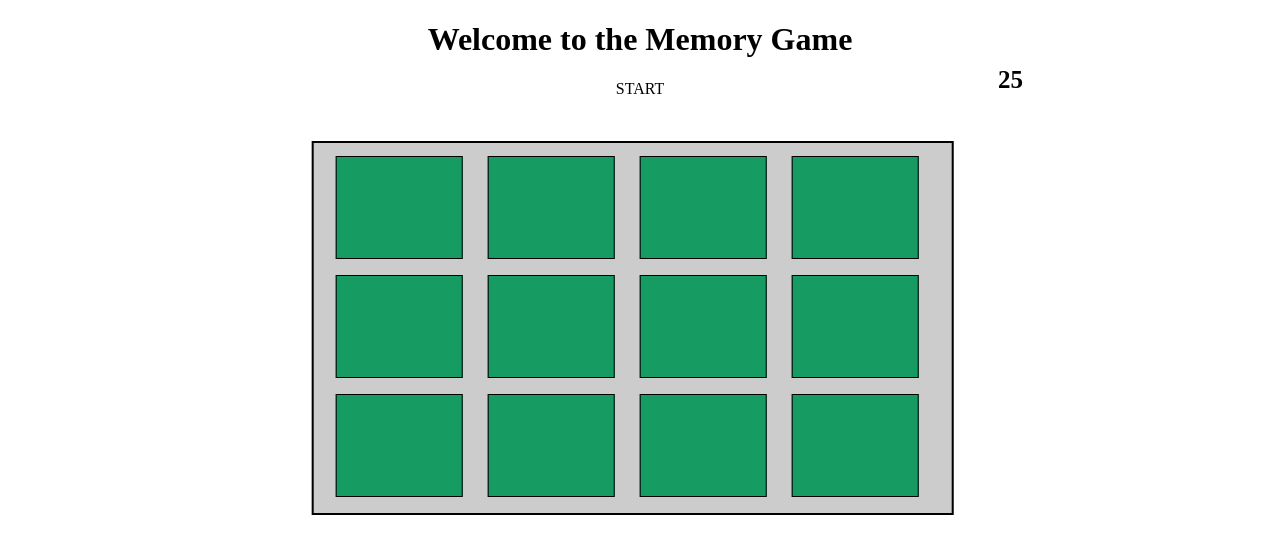
Repository: Code-Institute-Submissions/InteractiveMilestoneProject
Page: index.html
The author's editor kept a record of every edit. The page is drawn from the files as they stood at one moment, then again after the next edit.
The browser window is 1280 px wide. The pictures show the whole page.

Above is the page before.

### index.html
<!DOCTYPE html>
<html lang="en">

<head>
    <meta charset="utf-8">

    <meta name="viewport" content="width=device-width, height=device-height, user-scalable=no">
    <title>Js_Game_Temporizador</title>
    <link rel="stylesheet" href="css/style.css">

</head>

<body>
   <div id="cont">
        <h1>Welcome to the Memory Game</h1>
        <span id="start">START</span>
        <div id="table_memoria"></div>
        <div id="cronometro"><span>25</span></div>
    </div>

     <script type="text/javascript" src="https://code.jquery.com/jquery-git.min.js"></script>
     <script src="js/script.js"></script>


</body>

</html>

### css/style.css
 #cont {
     text-align: center;
     position: relative;
     width: 90%;
     transform: translateX(45%);
     left: -35%;
     height: 650px;

 }

 #table_memoria {
     background: #ccc;
     border: black 2px solid;
     width: 80%;
     height: 50%;
     padding: 5px;
     margin: 0px auto;
     position: absolute;
     transform: translateX(10%);
     top: 170px;
 }

 #table_memoria > div {
     background: #169B62;
     border: #000 1px solid;
     width: 26%;
     height: 20%;
     float: left;
     margin-top: 7px;
     margin-bottom: 7px;
     margin-left: 14px;
     margin-right: 0px;
     font-size: 35px;
     cursor: pointer;
     text-align: center;

 }
  #cronometro {
     position: absolute;
     display: inline-block;
     top: 100px;
     right: 2px;
     width: 40px;
     height: 40px;
     font-size: 25px;
     font-weight: bold;
     background: #FFF;
     border-radius: 50px;
     padding-top: 5px;

 }

 .green {
     color: green;
     border: 5px solid green;
 }

 .yellow {
     color: orange;
     border: 5px solid orange;
 }

 .red {
     color: red;
     border: 5px solid red;
 }


 /* ____________  PRIMERA MEDIA SCREEN ___________*/

 @media (min-width: 768px) {

     #table_memoria {
         height: 55%;
         top: 120px;
     }

     #table_memoria > div {
         width: 21%;
         height: 27%;
         margin-left: 17px;
     }
      #cronometro {

         top: 40px;


     }

 }

 /* ___________  SEGUNDA MEDIA SCREEN _____________*/

 @media (min-width: 992px) {
     #cont {
         transform: translateX(-50%);
         left: 50%;
         width: 70%;
         height: 600px;
         max-width: 785px;
     }
     #table_memoria {
         height: 60%;
         top: 120px;
         max-width: 630px;
         max-height: 400px;
     }

     #table_memoria > div {
         background: #169B62;
         border: #000 1px solid;
         width: 20%;
         height: 28%;
         float: left;
         margin: 8px;
         margin-left: 16.5px;
         font-size: 64px;
         cursor: pointer;
         text-align: center;
     }
 }

### js/script.js

        var arrayMemoria = ["1", "1", "2", "2", "3", "3", "4", "4", "5", "5", "6", "6"];

        var valor_memoria = [];
        var memoria_carta_ids = [];
        var virada_carta = 0;

        // Funcion tiempo en segundos

        var seg = 25;
        var timer

        function restar() {
            timer = setInterval(function() {
                seg = seg - 1;
                //
                if (seg >= 0) {
                    $("#cronometro").html(seg);
                } else {
                    alert("PERDISTE ........ JUGAR DE NUEVO");
                    clearInterval(timer);
                    virada_carta = 0;
                    nuevaTabla();
                    $("#borde").show();
                    $("#cronometro").html("25");
                    $("#cronometro").removeClass("red");
                    $("#cronometro").addClass("green");
                    seg = 25;
                }
                if (seg >= 6 && seg <= 15) {
                    $("#cronometro").removeClass("green");
                    $("#cronometro").addClass("yellow");
                } else if (seg >= 0 && seg <= 5) {
                    $("#cronometro").removeClass("yellow");
                    $("#cronometro").addClass("red");
                }

            }, 1000);

        }


        $('#start').on("click", function() {
            if (seg === 25) {
                $("#cronometro").addClass("green");
                $("#borde").hide();
                restar();
            }
        });

        // Metodo Fisher-Yates para mezclar un array
        Array.prototype.memoriaCartaEmbarajar = function() {
            var i = this.length;
            var indiceAleatorio;
            var valorTemporal;
            while (--i > 0) {
                indiceAleatorio = Math.floor(Math.random() * (i + 1));
                valorTemporal = this[indiceAleatorio];
                this[indiceAleatorio] = this[i];
                this[i] = valorTemporal;
            };
        };
        // Funcion para crear un nuevo tablero
        function nuevaTabla() {
            var output = "";
            arrayMemoria.memoriaCartaEmbarajar();

            for (var i = 0; i < arrayMemoria.length; i++) {
                output += '<div id="carta_' + i + '" onclick="virarCartaMemoria(this,\'' + arrayMemoria[i] + '\')"></div>';
            }
            document.getElementById('table_memoria').innerHTML = output;
            //            $("#borde").show();
            //            document.getElementById('borde').show();

            valor_memoria = [];
            memoria_carta_ids = [];
            var virada_carta = 0;
            // probando una cosa
        }

        // Funcion del Juego
        function virarCartaMemoria(carta, valor) {

            if (carta.innerHTML == "" && valor_memoria.length < 2) {
                carta.style.background = '#fff';
                carta.innerHTML = valor;
                // Codigo a ejecutar al dar vuelta la primera carta
                if (valor_memoria.length === 0) {
                    valor_memoria.push(valor);
                    memoria_carta_ids.push(carta.id);
                    // Codiga a ejecuatra al dar vueta la seganda carta
                } else if (valor_memoria.length === 1) {
                    valor_memoria.push(valor);
                    memoria_carta_ids.push(carta.id);
                    if (valor_memoria[0] === valor_memoria[1]) {
                        virada_carta += 2;
                        // despejando los dos Arrays
                        valor_memoria = [];
                        memoria_carta_ids = [];
                        // chekea si la mesa entera esta despejada
                        if (virada_carta === arrayMemoria.length) {
                            // XXXXXXXX      AQUI TENGO QUE PARAR EL RELOJ     XXXXXXXX

                            setTimeout(function() {
                                alert("GANASTE !!!  ... Creando un nuevo tablero");
                                clearInterval(timer);
                                document.getElementById('table_memoria').innerHTML = "";
                                seg = 25;
                                $("#borde").show();
                                $("#cronometro").html("25");
                                $("#cronometro").removeClass("yellow");
                                $("#cronometro").removeClass("red");
                                $("#cronometro").addClass("green");
                                valor_memoria = [];
                                memoria_carta_ids = [];
                                virada_carta = 0;
                                nuevaTabla();

                            }, 100);



                        }
                    } else {
                        function virarAtras() {
                            // las dos cartas se van a virar
                            var carta_1 = document.getElementById(memoria_carta_ids[0]);
                            var carta_2 = document.getElementById(memoria_carta_ids[1]);
                            carta_1.style.background = '#169B62';
                            carta_1.innerHTML = "";
                            carta_2.style.background = '#169B62';
                            carta_2.innerHTML = "";
                            // despejando los dos Arrays
                            valor_memoria = [];
                            memoria_carta_ids = [];
                        }
                        setTimeout(virarAtras, 700);
                    }
                }
            }
        }

nuevaTabla();

After the next edit:
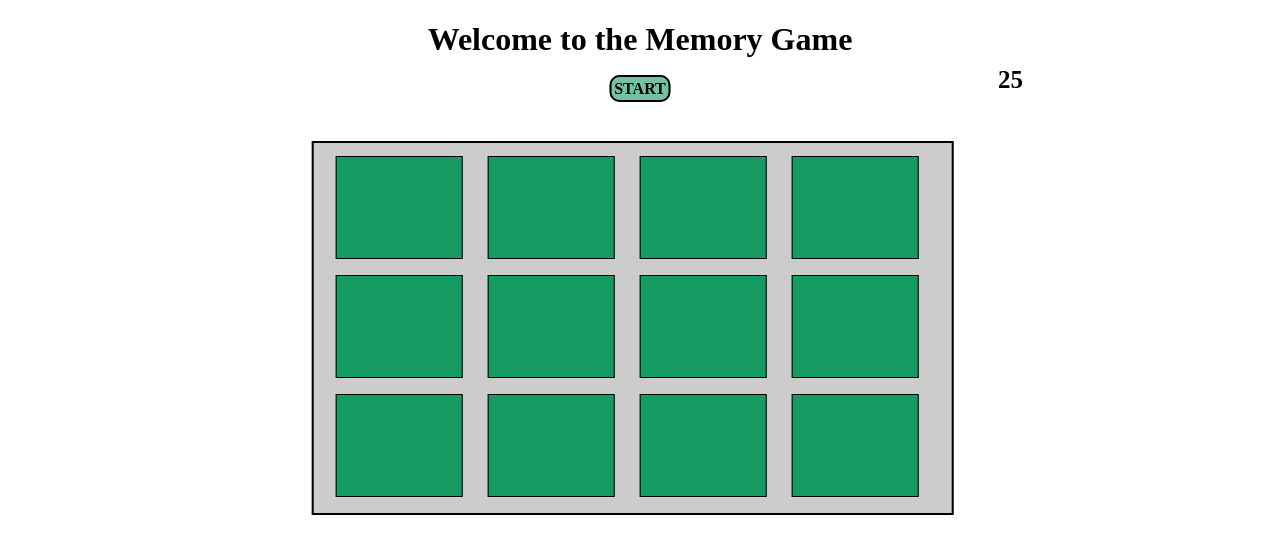
The edit:
--- a/css/style.css
+++ b/css/style.css
@@ -65,6 +65,15 @@
      border: 5px solid red;
  }
 
+ #start {
+     width: 80px;
+     cursor: pointer;
+     font-weight: bold;
+     padding: 3px;
+     border: 2px solid black;
+     border-radius: 10px;
+     background: rgb(22, 155, 98, 0.6);
+ }
 
  /* ____________  PRIMERA MEDIA SCREEN ___________*/
 
